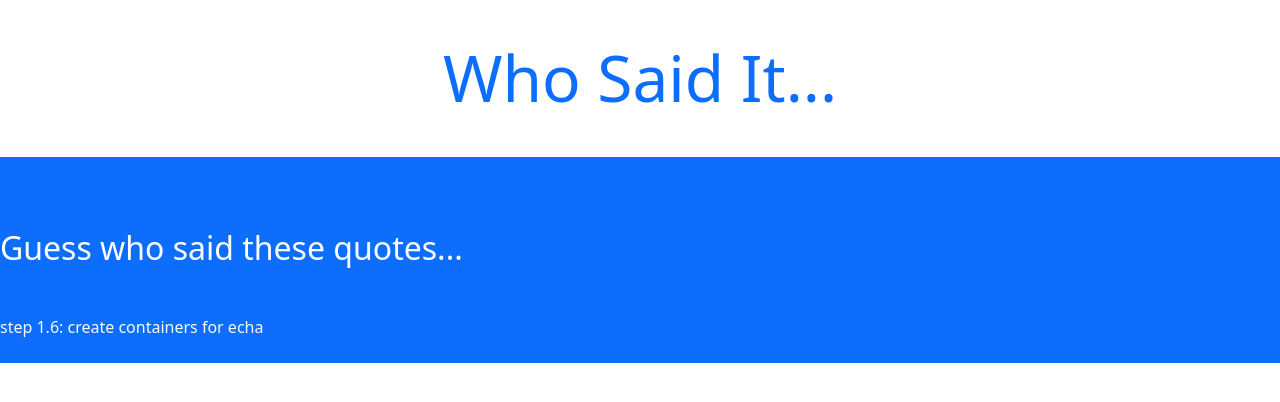
Repository: julihocc/Presentation-02-Forms-with-vanilla-JS
Page: index.html
These files come from the project's save history. The page is drawn as it stood at one moment and after a run of saves; the edit follows.
The browser window is 1280 px wide. The pictures show the whole page.

Above is the page before, as saved 2022-09-27 13:18:44.

### index.html
<!-- step 0.1: create HTML5 template -->
<!DOCTYPE html>
<html lang="en">

<head>
    <meta charset="UTF-8">
    <meta http-equiv="X-UA-Compatible" content="IE=edge">
    <meta name="viewport" content="width=device-width, initial-scale=1.0">

    <!-- step 0.4: include bootstrap -->
    <!-- CSS only -->
    <link href="https://cdn.jsdelivr.net/npm/bootstrap@5.2.1/dist/css/bootstrap.min.css" rel="stylesheet"
        integrity="sha384-iYQeCzEYFbKjA/T2uDLTpkwGzCiq6soy8tYaI1GyVh/UjpbCx/TYkiZhlZB6+fzT" crossorigin="anonymous">

    <!-- step 0.2: change title -->
    <title>Who Said It...</title>
</head>

<body>

    <!-- step 1.1 top section -->
    <div class="intro py-3 bg-white text-center">
        <div class="container">
            <h2 class="text-primary display-3 my-4">
                Who Said It...
            </h2>
        </div>
    </div>

    <!-- step 1.4: quiz section -->
    <div class="quiz py-4 bg-primary">
        <div class="containter">
            <h2 class="my-5 text-white">
                Guess who said these quotes...
            </h2>
            <!-- step 1.5: create form -->
            <form class="quiz-form text-light">
                step 1.6: create containers for echa
            </form>
        </div>
    </div>

    <!-- step 0.3: link js -->
    <script src="app.js"></script>
</body>

</html>

Loaded but not shown: app.js (no copy from this time; the picture is the same without it)

After the next 3 saves:
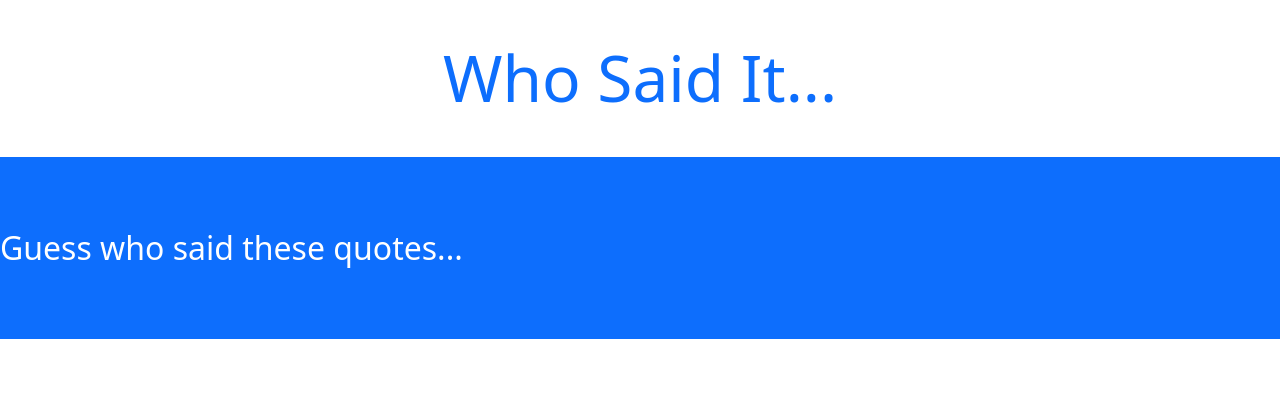
The 3 saves are shown as one change because they came seconds apart.
The last was saved 8 s later.
--- a/index.html
+++ b/index.html
@@ -35,7 +35,8 @@
             </h2>
             <!-- step 1.5: create form -->
             <form class="quiz-form text-light">
-                step 1.6: create containers for echa
+                <!-- step 1.6: create containers for each question -->
+
             </form>
         </div>
     </div>
